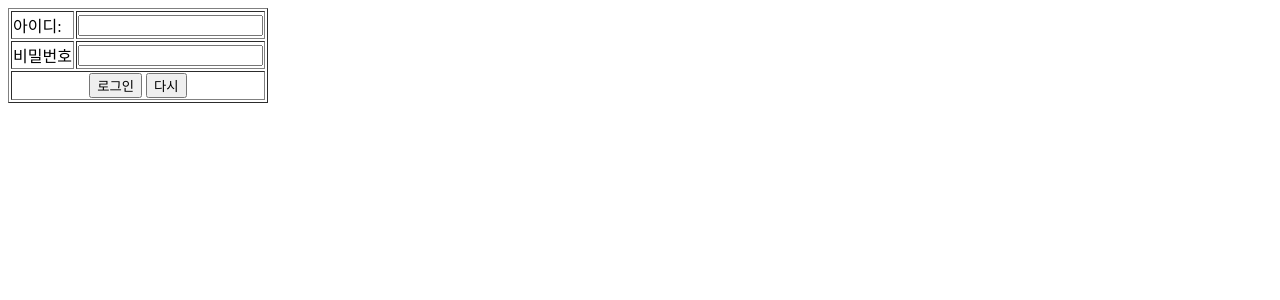
Repository: wo2jin/Sever
Page: Sever/TestWeb12/WebContent/login.html
The author's editor kept a copy of each file at every save. The page is drawn from the files as they stood at one save, then again after the next save.
The browser window is 1280 px wide. The pictures show the whole page.

Above is the page before, as saved 2020-05-18 01:43:25.

After the next save:
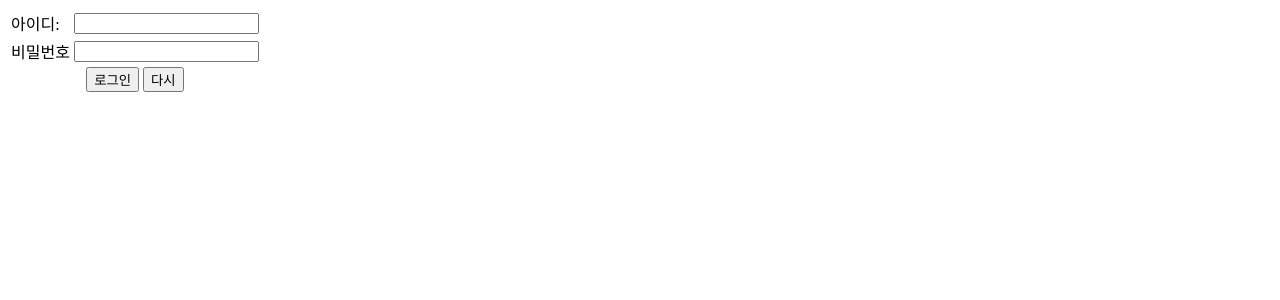
Saved 6 min 47 s later.
--- a/Sever/TestWeb12/WebContent/login.html
+++ b/Sever/TestWeb12/WebContent/login.html
@@ -6,7 +6,7 @@
 </head>
 <body>
 	<form action = "LoginProcess3" method = "get">
-		<table border ="1">
+		<table border ="0">
 			<tr>
 				<td> 아이디:</td>
 				<td><input type ="text" name="userId"></td>
